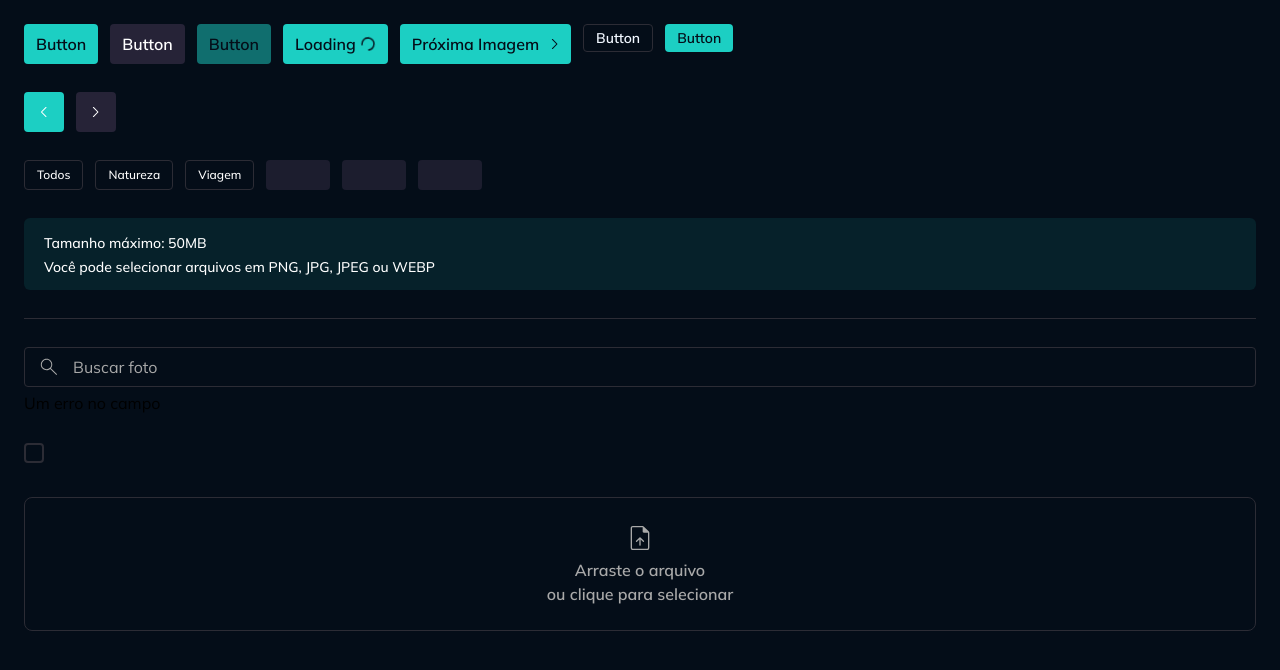
Repository: LuizMXavier/gallery-plus
Page: /
The author's editor kept a copy of each file at every save. The page is drawn from the files as they stood at one save, then again after a run of saves.
The browser window is 1280 px wide. The pictures show the whole page.
The project was rebuilt for these pictures with package versions that can differ from the ones it lists, and the page was loaded fresh each time. Also part of the build but not shown: vite.config.ts.

Above is the page before, as saved 2025-09-18 10:15:51.

### index.html
<!DOCTYPE html>
<html lang="en">
	<head>
		<meta charset="UTF-8" />
		<link rel="icon" type="image/svg+xml" href="/favicon.svg" />

		<meta name="viewport" content="width=device-width, initial-scale=1.0" />

		<link rel="preconnect" href="https://fonts.googleapis.com" />
		<link rel="preconnect" href="https://fonts.gstatic.com" crossorigin />
		<link
			href="https://fonts.googleapis.com/css2?family=Mulish:ital,wght@0,200..1000;1,200..1000&display=swap"
			rel="stylesheet"
		/>

		<title>Galeria+</title>
	</head>
	<body class="bg-background-primary">
		<div id="root"></div>
		<script type="module" src="/src/main.tsx"></script>
	</body>
</html>

### src/main.tsx
import "./index.css";

import {StrictMode} from "react";
import {createRoot} from "react-dom/client";
import App from "./App.tsx";

createRoot(document.getElementById("root")!).render(
	<StrictMode>
		<App />
	</StrictMode>
);

### src/index.css
@import "tailwindcss";

@theme {
	--color-*: initial;
	--color-white: #ffffff;
	--color-black: #000000;
	--color-background-primary: #040d18;
	--color-background-secondary: #262337;
	--color-background-tertiary: #3c3857;
	--color-border-primary: #2c2c35;
	--color-border-active: #4c4c5d;
	--color-accent-brand: #1ccfc3;
	--color-accent-brand-light: #66eae1;
	--color-accent-red: #f54a26;
	--color-heading: #fafcff;
	--color-accent-paragraph: #f1f7ff;
	--color-accent-span: #5c636c;
	--color-placeholder: #a9a9a9;
	--color-label: #ffffff;
	--color-label-inverse: #040d18;

	--font-sans: "Mulish", sans-serif;
}

### src/App.tsx
import Button from "./components/button";
import ButtonIcon from "./components/button-icon";
import ChevronLeftIcon from "./assets/icons/chevron-left.svg?react";
import ChevronRightIcon from "./assets/icons/chevron-right.svg?react";
import Badge from "./components/badge";
import Alert from "./components/alert";
import Divider from "./components/divider";
import InputText from "./components/input-text";
import SearchIcon from "./assets/icons/search.svg?react";
import InputCheckbox from "./components/input-checkbox";
import InputSingleFile from "./components/input-single-file";
import { useForm } from 'react-hook-form';

export default function App() {
	const form = useForm();
	return (
		<div className="grid gap-7 p-6">
			<div className="flex gap-3">
				<Button>Button</Button>
				<Button variant="secondary">Button</Button>
				<Button disabled>Button</Button>
				<Button handling>Loading</Button>
				<Button icon={ChevronRightIcon}>Próxima Imagem</Button>
				<Button variant="ghost" size="sm">
					Button
				</Button>
				<Button variant="primary" size="sm">
					Button
				</Button>
			</div>

			<div className="flex gap-3">
				<ButtonIcon icon={ChevronLeftIcon} />
				<ButtonIcon icon={ChevronRightIcon} variant="secondary" />
			</div>

			<div className="flex gap-3">
				<Badge>Todos</Badge>
				<Badge>Natureza</Badge>
				<Badge>Viagem</Badge>
				<Badge loading>Viagem</Badge>
				<Badge loading>Viagem</Badge>
				<Badge loading>Viagem</Badge>
			</div>

			<div>
				<Alert>
					Tamanho máximo: 50MB
					<br />
					Você pode selecionar arquivos em PNG, JPG, JPEG ou WEBP
				</Alert>
			</div>

			<div>
				<Divider />
			</div>

			<div>
				<InputText icon={SearchIcon} placeholder="Buscar foto"/>
			</div>

			<div>
				<InputCheckbox/>
			</div>

			<div>
				<InputSingleFile form={form}/>
			</div>
		</div>
	);
}

### src/components/button.tsx
import React from "react";
import Icon from "./icon";
import Text from "./text";
import {tv, type VariantProps} from "tailwind-variants";
import SpinnerIcon from "../assets/icons/spinner.svg?react";
import cx from "classnames";

export const buttonVariants = tv({
	base: "flex items-center justify-center cursor-pointer transition rounded group gap-1",
	variants: {
		variant: {
			primary: "bg-accent-brand hover:bg-accent-brand-light",
			secondary: "bg-background-secondary hover:bg-background-tertiary",
			destructive: "bg-background-secondary hover:bg-background-tertiary",
			ghost: `
					bg-transparent border border-solid border-border-primary
				text-accent-paragraph hover:border-background-secondary
				`,
		},
		size: {
			sm: "h-7 py-1 px-3",
			md: "h-10 py-2 pl-3 pr-3",
		},
		disabled: {
			true: "opacity-50 pointer-events-none",
		},
		handling: {
			true: "pointer-events-none",
		},
	},
	defaultVariants: {
		variant: "primary",
		size: "md",
		disabled: false,
		handling: false,
	},
});

export const buttonTextVariants = tv({
	variants: {
		variant: {
			primary: "text-label-inverse",
			secondary: "text-label",
			destructive: "text-accent-red",
			ghost: "text-accent-paragraph",
		},
		size: {
			sm: "text-sm",
			md: "text-base",
		},
	},
	defaultVariants: {
		variant: "primary",
		size: "md",
	},
});

export const buttonIconVariants = tv({
	variants: {
		variant: {
			primary: "fill-label-inverse",
			secondary: "fill-label",
			destructive: "fill-accent-red",
			ghost: "fill-accent-paragraph",
		},
		size: {
			sm: "w-4 h-4",
			md: "w-6 h-6",
		},
		handling: {
			true: "w-4 h-4",
		},
	},
	defaultVariants: {
		variant: "primary",
		size: "md",
	},
});

interface ButtonProps
	extends Omit<React.ComponentProps<"button">, "size" | "disabled">,
		VariantProps<typeof buttonVariants> {
	icon?: React.ComponentProps<typeof Icon>["svg"];
	handling?: boolean;
}

export default function Button({
	variant,
	size,
	disabled,
	className,
	children,
	handling,
	icon,
	type = "button",
	...props
}: ButtonProps) {
	return (
		<button
			type={type}
			className={buttonVariants({
				variant,
				size,
				disabled,
				handling,
				className: cx(
					{
						"pr-1": icon,
					},
					className
				),
			})}
			disabled={disabled as boolean}
			{...props}
		>
			<Text
				variant="label-medium"
				className={buttonTextVariants({variant, size})}
			>
				{children}
			</Text>
			{(icon || handling) && (
				<Icon
					svg={handling ? SpinnerIcon : icon!}
					animate={handling}
					className={buttonIconVariants({variant, size, handling})}
				/>
			)}
		</button>
	);
}

### src/components/button-icon.tsx
import React from "react";
import Icon from "./icon";
import {tv, type VariantProps} from "tailwind-variants";
import SpinnerIcon from "../assets/icons/spinner.svg?react";

export const buttonIconVariants = tv({
	base: "inline-flex items-center justify-center cursor-pointer transition",
	variants: {
		variant: {
			primary: "bg-accent-brand hover:bg-accent-brand-light",
			secondary: "bg-background-secondary hover:bg-background-tertiary",
			ghost: "bg-transparent hover:bg-border-primary/20",
		},
		size: {
			md: "w-10 h-10 p-2 rounded",
		},
		disabled: {
			true: "opacity-50 pointer-events-none",
		},
		handling: {
			true: "pointer-events-none",
		},
	},
	defaultVariants: {
		variant: "primary",
		size: "md",
		disabled: false,
		handling: false,
	},
});

export const buttonIconIconVariants = tv({
	variants: {
		variant: {
			primary: "fill-white",
			secondary: "fill-white",
			ghost: "fill-white",
		},
		size: {
			md: "w-6 h-6",
		},
	},
	defaultVariants: {
		variant: "primary",
		size: "md",
	},
});

interface ButtonIconProps
	extends VariantProps<typeof buttonIconVariants>,
		Omit<React.ComponentProps<"button">, "size" | "disabled"> {
	icon: React.ComponentProps<typeof Icon>["svg"];
	handling?: boolean;
}

export default function ButtonIcon({
	variant,
	size,
	disabled,
	className,
	icon,
	handling,
	...props
}: ButtonIconProps) {
	return (
		<button
			className={buttonIconVariants({
				variant,
				size,
				disabled,
				className,
				handling,
			})}
			{...props}
		>
			<Icon
				svg={handling ? SpinnerIcon : icon}
				animate={handling}
				className={buttonIconIconVariants({variant, size})}
			/>
		</button>
	);
}

### src/components/badge.tsx
import React from "react";
import Text from "./text";
import {tv, type VariantProps} from "tailwind-variants";
import cx from "classnames";
import Skeleton from "./skeleton";

export const badgeVariants = tv({
	base: "inline-flex items-center justify-center rounded",
	variants: {
		variant: {
			none: "",
			ghost:
				"bg-transparent border border-solid border-border-primary text-accent-paragraph",
		},
		size: {
			xs: "py-0.5 px-2",
			sm: "py-1 px-3",
		},
	},
	defaultVariants: {
		variant: "ghost",
		size: "sm",
	},
});

export const badgeTextVariants = tv({
	base: "text-xs",
	variants: {
		size: {
			xs: "text-xs",
			sm: "text-sm",
		},
	},
});

export const badgeSkeletonVariants = tv({
	variants: {
		size: {
			xs: "w-12 h-[1.375rem]",
			sm: "w-16 h-[1.875rem]",
		},
	},
	defaultVariants: {
		size: "sm",
	},
});

interface BadgeProps
	extends React.ComponentProps<"div">,
		VariantProps<typeof badgeVariants> {
	loading?: boolean;
}

export default function Badge({
	variant,
	size,
	className,
	children,
	loading,
	...props
}: BadgeProps) {
	if (loading) {
		return (
			<Skeleton
				rounded="full"
				className={cx(
					badgeVariants({variant: "none"}),
					badgeSkeletonVariants({size}),
					className
				)}
			/>
		);
	}

	return (
		<div className={badgeVariants({variant, size, className})} {...props}>
			<Text className={badgeTextVariants({size})}>{children}</Text>
		</div>
	);
}

### src/components/alert.tsx
import {tv, type VariantProps} from "tailwind-variants";
import Text from "./text";

export const alertVariants = tv({
	base: `
    rounded-md py-3 px-5
  `,
	variants: {
		variant: {
			info: "bg-accent-brand/10",
		},
	},
	defaultVariants: {
		variant: "info",
	},
});

export interface AlertProps
	extends React.ComponentProps<"div">,
		VariantProps<typeof alertVariants> {}

export default function Alert({
	variant,
	children,
	className,
	...props
}: AlertProps) {
	return (
		<div
			role="alert"
			className={alertVariants({variant, className})}
			{...props}
		>
			<Text>{children}</Text>
		</div>
	);
}

### src/components/divider.tsx
import {tv, type VariantProps} from "tailwind-variants";

export const dividerVariants = tv({
	base: "w-full h-px ",
	variants: {
		variant: {
			default: "bg-border-primary",
		},
		orientation: {
			horizontal: "w-full h-px",
			vertical: "w-px h-full",
		},
	},
	defaultVariants: {
		variant: "default",
	},
});

interface DividerProps
	extends React.ComponentProps<"div">,
		VariantProps<typeof dividerVariants> {
	orientation?: "horizontal" | "vertical";
}

export default function Divider({
	className,
	orientation = "horizontal",
	...props
}: DividerProps) {
	return (
		<div className={dividerVariants({className, orientation})} {...props} />
	);
}

### src/components/input-text.tsx
import { tv, type VariantProps } from "tailwind-variants";
import Icon from "./icon";
import Text from "./text";
import { serialize } from "v8";

export const inputTextContainerVariants = tv({
    base: "flex flex-col gap-1"
})

export const inputTextWrapperVariants = tv({
    base:`
        border border-solid border-border-primary
        focus:border-border-active bg-transparent
        rounded flex items-center gap-3
    `,
    variants: {
        size: {
            md:"h-10 p-3"
        },
        disabled: {
            true:"pointer-events-none"
        }
    },
    defaultVariants: {
        size:"md",
        disabled: false
    }
});

export const inputTextVariants = tv({
    base: `
        bg-transparent outiline-none placeholder:text-placeholder
        text-accent-paragraph flex-1
    `
})

export const inputTextIconVariants = tv({
    base:"fill-placeholder",
    variants: {
        size: {
            md:"w-6 h-6"
        }
    },
    defaultVariants: {
        size:"md"
    }
})

interface InputTextProps
    extends VariantProps<typeof inputTextWrapperVariants>,
    Omit<React.ComponentProps<"input">,"size" | "disabled"> {
        icon?: React.ComponentProps<typeof Icon>['svg'],
        error?: React.ReactNode;
    }

export default function InputText({
    size,
    disabled,
    className,
    icon,
    error,
    ...props
}: InputTextProps) {
    return (
        <div className={inputTextContainerVariants(className)}>
            <div className={inputTextWrapperVariants({size, disabled})}>
                {icon && <Icon svg={icon} className={inputTextIconVariants({size})}/>}
                <input className={inputTextVariants()} disabled={disabled as boolean} {...props}/>
            </div>Um erro no campo
            {error && (
                <Text variant="label-small" className="text-accent-red">
                {error}
            </Text>
            )}
        </div>
    )
}

### src/components/input-checkbox.tsx
import Icon from "./icon";
import CheckIcon from "../assets/icons/check.svg?react";
import { tv, type VariantProps } from "tailwind-variants";

export const inputCheckboxWrapperVariants = tv({
    base: `
        inline-flex items-center justify-center relative group
    `
})

export const inputCheckboxVariants = tv({
    base: `
        appearance-none peer flex items-center justify-center
        cursor-pinter transition overflow-hidden
    `,
    variants: {
        variant:{
            default: `
                border-2 border-solid
                border-border-primary hover:border-border-active
                checked:border-accent-brand checked:bg-accent-brand
                group-hover:checked:border-accent-brand-light
                group-hover:checked:bg-accent-brand-light
            `
        },
        size: {
            sm:"w-3 h-3 rounded-sm",
            md:"w-5 h-5 rounded-sm"
        },
        disabled: {
            true: "pointer-events-none"
        }
    },
    defaultVariants: {
        variant: "default",
        size:"md",
        disabled:false
    }
});

export const inputCheckboxIconVariants = tv({
    base: `
        absolute top-1/2 -translate-y-1/2
        hidden peer-checked:block fill-white
        cursor-pointer
    `,
    variants: {
        size: {
            sm:"w-3 h-3 left-px",
            md:"w-4 h-4 left-0.5"
        }
    },
    defaultVariants: {
        size: "md"
    }
});

interface InputCheckboxProps
    extends VariantProps<typeof inputCheckboxVariants>,
        Omit<React.ComponentProps<"input">, "size" | "disabled">{}

export default function InputCheckbox({
    variant, size, disabled, className, ...props
    }: InputCheckboxProps) {
        return (
            <label className={inputCheckboxWrapperVariants({className})}>
                <input type="checkbox" className={inputCheckboxVariants({variant, size, disabled})} {...props} />
                <Icon svg={CheckIcon} className={inputCheckboxIconVariants({size})}/>
            </label>
        )
}

### src/components/input-single-file.tsx
import Icon from "./icon";
import Text, { textVariants } from "./text";
import { tv, type VariantProps } from "tailwind-variants";
import UploadFileIcon from "../assets/icons/upload-file.svg?react";
import FileImageIcon from "../assets/icons/image.svg?react";
import { useWatch} from "react-hook-form";
import React from "react";

export const inputSingleFileVariants = tv({
  base: `
        flex flex-col items-center justify-center w-full
        border border-solid border-border-primary
        group-hover:border-border-active rounded-lg
        gap-1 transition
    `,
  variants: {
    size: {
      md: "px-5 py-6",
    },
  },
  defaultVariants: {
    size: "md",
  },
});

export const inputSingleFileIconVariants = tv({
  base: "fill-placeholder",
  variants: {
    size: {
      md: "w-8 h-8",
    },
  },
  defaultVariants: {
    size: "md",
  },
});

interface InputSingleFileProps
  extends VariantProps<typeof inputSingleFileVariants>,
    Omit<React.ComponentProps<"input">, "size" | "form"> {
  form: any;
  error?: React.ReactNode;
}

export default function InputSingleFile({
  form,
  size,
  error,
  ...props
}: InputSingleFileProps) {
  const formValues = useWatch({ control: form.control });
  const name = props.name || "";
  const formFile: File = React.useMemo(
    () => formValues[name]?.[0],
    [formValues, name]
  );

  return (
    <div>
      {!formFile ? (
        <>
          <div className="w-full relative group cursor-pointer">
            <input
              type="file"
              className="absolute top-0 w-full h-full opacity-0 cursor-pointer"
              {...props}
            />
            <div className={inputSingleFileVariants({ size })}>
              <Icon
                svg={UploadFileIcon}
                className={inputSingleFileIconVariants({ size })}
              />
              <Text
                variant="label-medium"
                className="text-placeholder text-center"
              >
                Arraste o arquivo
                <br />
                ou clique para selecionar
              </Text>
            </div>
            {error && (
              <Text variant="label-small" className="text-accent-red">
                Erro no campo
              </Text>
            )}
          </div>
        </>
      ) : (
        <div className="flex gap-3 items-center border border-solid border-border-primary mt-5 p-3 rounded">
          <Icon svg={FileImageIcon} className="fill-white w-6 h-6" />
          <div className="flex flex-col">
            <Text variant="label-medium" className="text-placeholder">
              Nome do arquivo.png
            </Text>
          </div>
          <div className="flex">
            <button
              type="button"
              className={textVariants({
                variant: "label-small",
                className: "text-accent-red cursor-pointer hover:underline",
              })}
            >
              Remover
            </button>
          </div>
        </div>
      )}
    </div>
  );
}

### src/components/icon.tsx
import React from "react";
import {tv, type VariantProps} from "tailwind-variants";

export const iconVariants = tv({
	variants: {
		animate: {
			false: "",
			true: "animate-spin",
		},
	},
	defaultVariants: {
		animate: false,
	},
});

interface IconProps
	extends React.ComponentProps<"svg">,
		VariantProps<typeof iconVariants> {
	svg: React.FC<React.ComponentProps<"svg">>;
}

export default function Icon({
	svg: SvgComponent,
	animate,
	className,
	...props
}: IconProps) {
	return (
		<SvgComponent className={iconVariants({animate, className})} {...props} />
	);
}

### src/components/text.tsx
import React from "react";
import {tv, type VariantProps} from "tailwind-variants";

export const textVariants = tv({
	base: "font-sans text-white",
	variants: {
		variant: {
			"heading-large": "text-2xl leading-[130%] font-bold",
			"heading-medium": "text-xl leading-[130%] font-bold",
			"heading-small": "text-base leading-[130%] font-bold",
			"paragraph-large": "text-base leading-[150%] font-medium",
			"paragraph-medium": "text-sm leading-[150%] font-medium",
			"paragraph-small": "text-xs leading-[150%] font-medium",
			"label-medium": "text-base leading-[150%] font-semibold",
			"label-small": "text-xs leading-[150%] font-semibold",
		},
	},
	defaultVariants: {
		variant: "paragraph-medium",
	},
});

interface TextProps extends VariantProps<typeof textVariants> {
	as?: keyof React.JSX.IntrinsicElements;
	className?: string;
	children?: React.ReactNode;
}

export default function Text({
	as = "span",
	variant,
	className,
	children,
	...props
}: TextProps) {
	return React.createElement(
		as,
		{
			className: textVariants({variant, className}),
			...props,
		},
		children
	);
}

### src/components/skeleton.tsx
import {tv, type VariantProps} from "tailwind-variants";
import React from "react";

export const skeletonVariants = tv({
	base: "animate-pulse bg-background-secondary pointer-events-none",
	variants: {
		rounded: {
			sm: "rounded-sm",
			lg: "rounded-lg",
			full: "rounded-full",
		},
	},
	defaultVariants: {
		rounded: "lg",
	},
});

interface SkeletonProps
	extends VariantProps<typeof skeletonVariants>,
		React.ComponentProps<"div"> {}

export default function Skeleton({
	rounded,
	className,
	...props
}: SkeletonProps) {
	return <div className={skeletonVariants({rounded, className})} {...props} />;
}

After the next 4 saves:
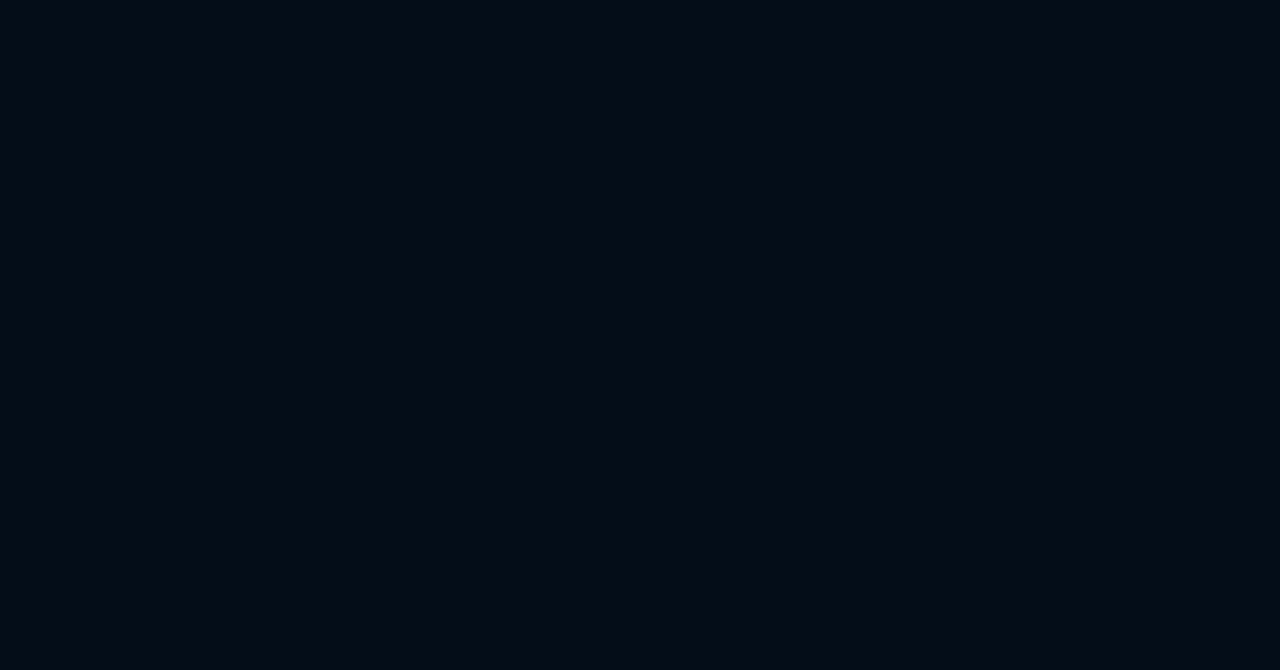
Console error: ReferenceError: fro is not defined
The 4 saves are shown as one change because 1 did not build or start and some came seconds apart.
The last was saved 11 s later.
--- a/src/App.tsx
+++ b/src/App.tsx
@@ -64,7 +64,7 @@
 			</div>
 
 			<div>
-				<InputSingleFile form={form}/>
+				<InputSingleFile form={form} {...fro}/>
 			</div>
 		</div>
 	);

After the 3 saves that followed:
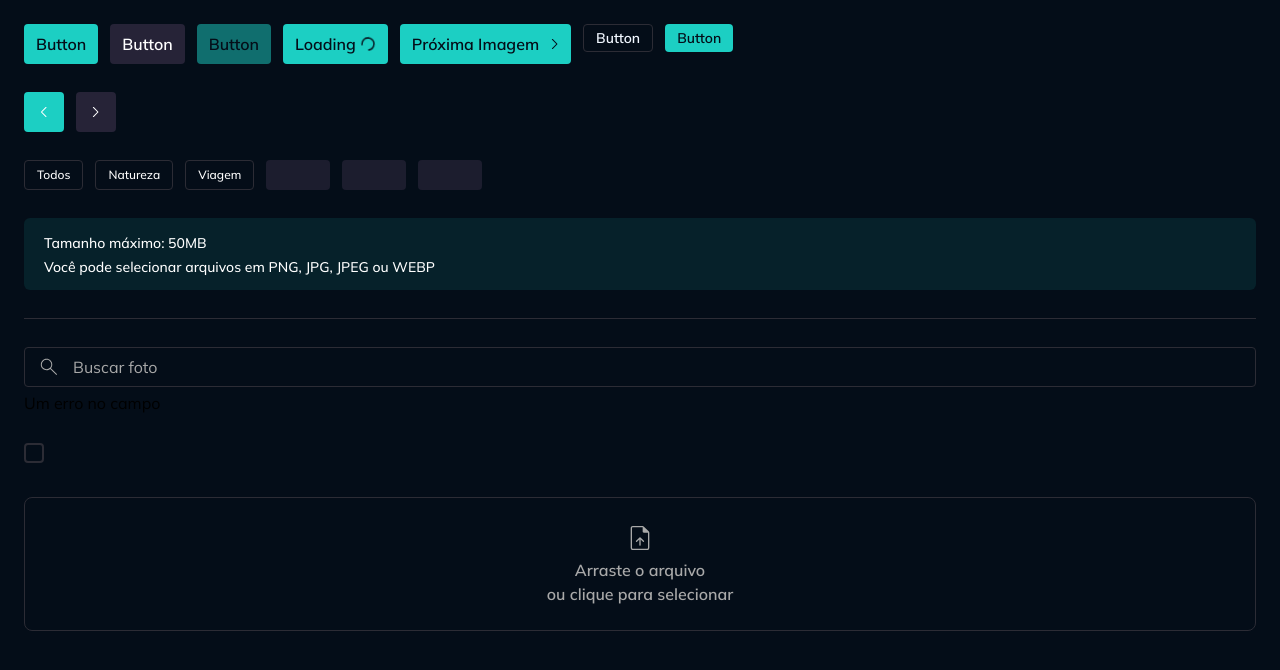
The error is gone.
The 3 saves are shown as one change because 1 left the picture as it was and some came seconds apart.
The last was saved 15 s later.
--- a/src/App.tsx
+++ b/src/App.tsx
@@ -64,7 +64,7 @@
 			</div>
 
 			<div>
-				<InputSingleFile form={form} {...fro}/>
+				<InputSingleFile form={form} {...form.register('file')}/>
 			</div>
 		</div>
 	);
